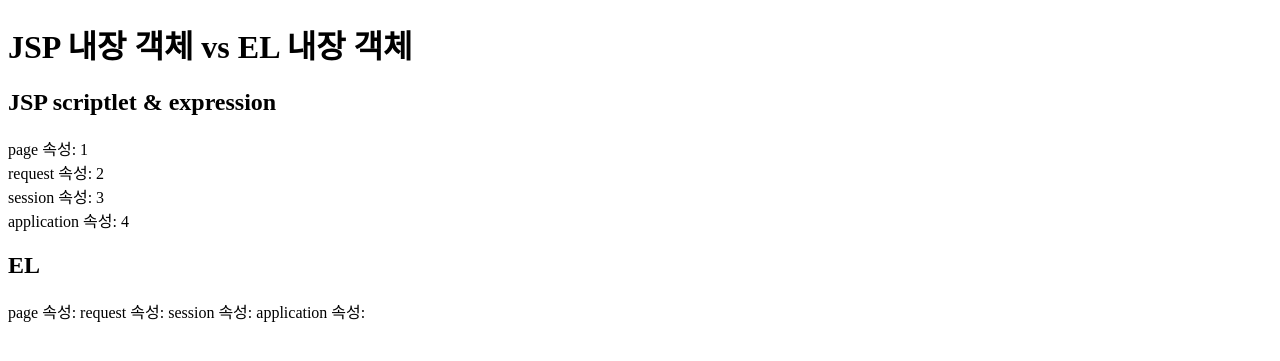
Repository: ljh5973/labweb
Page: http://localhost/JSP03/04_scope.jsp
The author's editor kept a copy of each file at every save. The page is drawn from the files as they stood at one save, then again after the next save.
The browser window is 1280 px wide. The pictures show the whole page.
The page is served by Tomcat 9.

Above is the page before, as saved 2022-01-10 08:24:30.

### JSP03/webapp/04_scope.jsp
<%@ page language="java" contentType="text/html; charset=UTF-8"
    pageEncoding="UTF-8"%>
<%@ page trimDirectiveWhitespaces="true"%>
<!DOCTYPE html>
<html>
	<head>
		<meta charset="UTF-8">
		<title>EL</title>
	</head>
	<body>

	<h1>JSP 내장 객체 vs EL 내장  객체</h1>
	<%--
	JSP에서 상태 정보들을 유지하기 위해서 사용하는 객체들:
	 * pageContent : JSP 페이지가 유지되는 동안 유지되는 객체. <% pageContext.get(); %>
	 * request : 요청(request)이 유지되는 동안 유지되는 객체. <% request.getParameter(); %>
	 * session : 세션(session)이 유지되는 동안 유지되는 객체.
	 * application : 웹 애플리케이션이 동작 중(서버 실행 중)에 계속 유지되는 객체.

	EL에서 상태 정보들을 유지하기 위해서 사용하는 객체들:
	 * pageScope: ${pageScope}. JSP에 pageContext 객체
	 * requestScope: ${requestScope} . JSP의 request 객체.
	 * sessionScope: ${sessionScope}. JSP의 session 객체.
	 * applicationScope: ${ applicationScope}. JSP의 application 객체.

	 EL의 ${}의 동작 원리:
	  * EL은 변수 이름을 pageScope -> requestScope -> sessionScope -> applicationScope 순서대로 찾아봄
	 --%>

	<h2>JSP scriptlet & expression</h2>

	<%
	// pageContext 객체에 "number1" 속성 값을 1로 설정
	pageContext.setAttribute("number1", 1);

	// request객체에 "number2" 속성 값을 설정
	request.setAttribute("number2", 2);
	//
	session.setAttribute("number3", 3);
	//
	application.setAttribute("number4", 4);
	%>

	<div>
	page 속성: <%=pageContext.getAttribute("number1") %><br>
	request 속성: <%=request.getAttribute("number2") %><br>
	session 속성: <%= session.getAttribute("number3") %><br>
	application 속성: <%= application.getAttribute("number4") %>
	</div>

	<h2>EL</h2>

	<div>
	page 속성:
	request 속성:
	session 속성:
	application 속성:
	</div>
	</body>
</html>

After the next save:
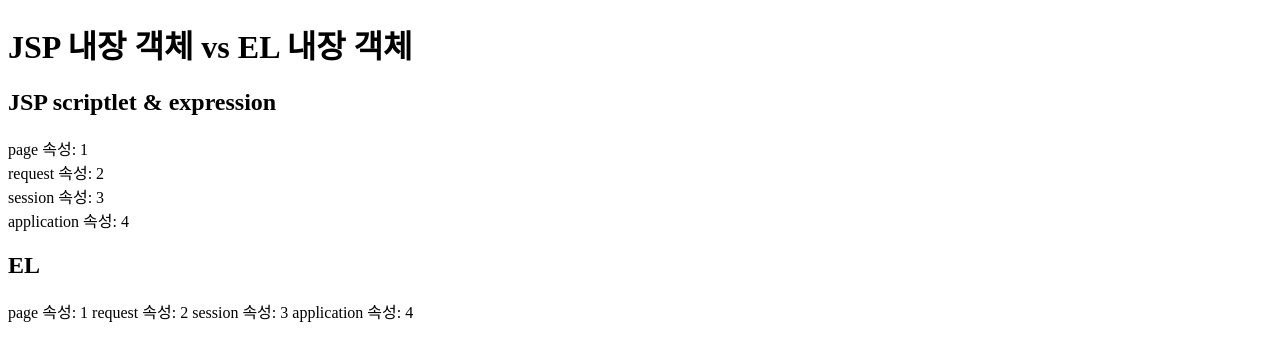
Saved 50 s later.
--- a/JSP03/webapp/04_scope.jsp
+++ b/JSP03/webapp/04_scope.jsp
@@ -51,10 +51,10 @@
 	<h2>EL</h2>
 
 	<div>
-	page 속성:
-	request 속성:
-	session 속성:
-	application 속성:
+	page 속성: ${pageScope.number1 }
+	request 속성: ${requestScope.number2 }
+	session 속성: ${sessionScope.number3 }
+	application 속성:	 ${applicationScope.number4 }
 	</div>
 	</body>
 </html>
